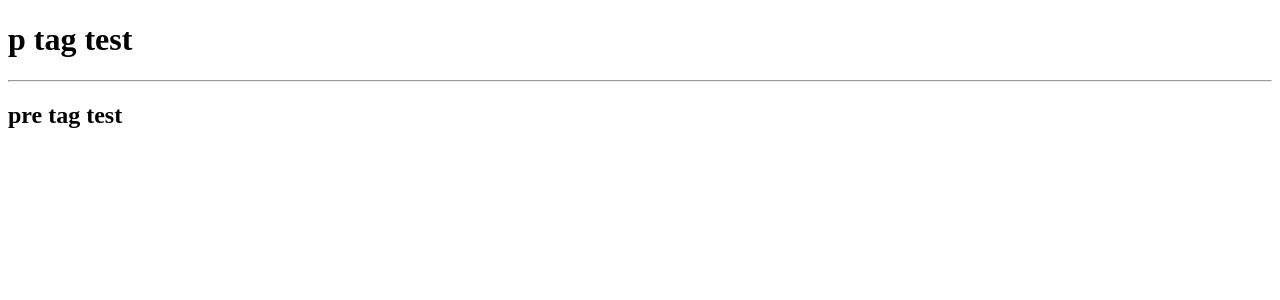
Repository: jihoonys82/weblec
Page: Front/WebContent/Ex01_HTML_tag/tagEx_02.html
An editor plug-in stored every save of this project. The page is shown before and after the next save, followed by the edit.
The browser window is 1280 px wide. The pictures show the whole page.

Above is the page before, as saved 2018-07-23 09:54:50.

After the next save:
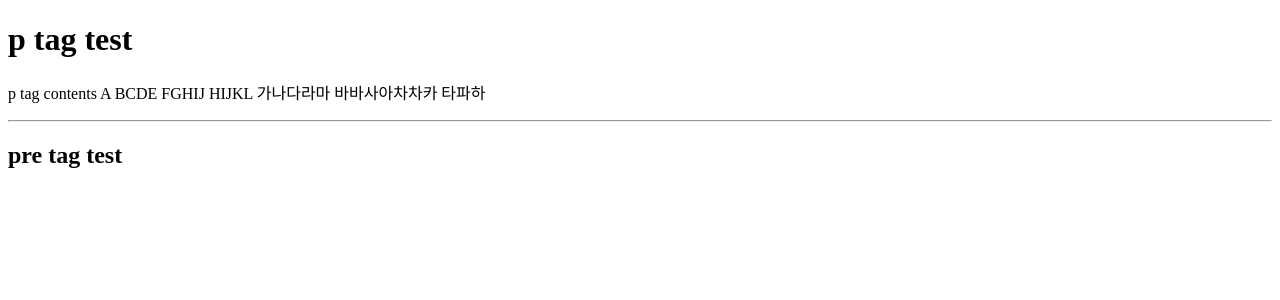
Saved 3 min 14 s later.
--- a/Front/WebContent/Ex01_HTML_tag/tagEx_02.html
+++ b/Front/WebContent/Ex01_HTML_tag/tagEx_02.html
@@ -11,6 +11,14 @@
 <!-- 제목 tag <hn>, <hx> -->
 <!-- <h1> ~ <h6> -->
 <h1> p tag test</h1>
+<p>
+p tag contents
+A             BCDE
+FGHIJ        HIJKL
+가나다라마
+바바사아차차카
+타파하
+</p>
 
 <hr> <!-- horizontal line -->
 
